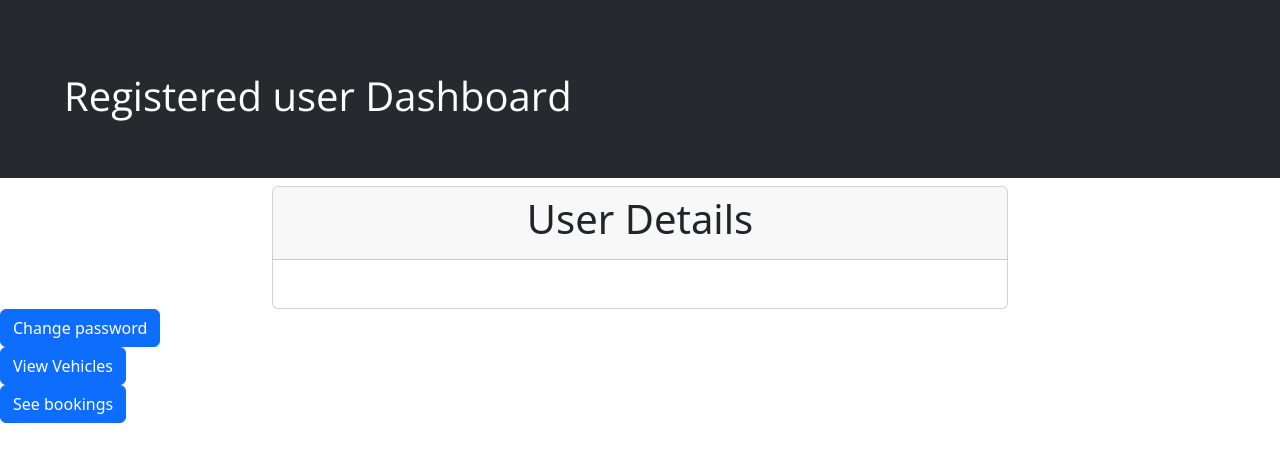
Repository: VimashaVishvani/VehicleRental
Page: http://localhost/Vehicle_rentalDb/registeredUser.jsp
An editor plug-in stored every save of this project. The page is shown before and after the next save, followed by the edit.
The browser window is 1280 px wide. The pictures show the whole page.
The page is served by Tomcat 9. Other server files are loaded and not shown.

Above is the page before, as saved 2024-05-12 09:28:54.

### Vehicle_rentalDb/src/main/webapp/registeredUser.jsp
<%@ page language="java" contentType="text/html; charset=ISO-8859-1" pageEncoding="ISO-8859-1"%>
<%@ taglib prefix="c" uri="http://java.sun.com/jsp/jstl/core"%>
<!DOCTYPE html>
<html>
<head>
<link href="https://fonts.googleapis.com/css2?family=Open+Sans&display=swap" rel="stylesheet">

<style>
	.dashboard{
	padding-top:10vh;
	padding-left:5%;
	padding-bottom:8vh;
    background-color:#262A2E; /* Pale background color */
    font-family: 'Open Sans', sans-serif; /* Use Open Sans font */
    color: #ffffff; /* White text color */


	}
	.btn-group {
    display: flex;
    justify-content: center;
    margin-top: 20px;
}

.btn-group .btn {
    margin: 0 5px;
}

</style>
    <meta charset="ISO-8859-1">
    <title>Car Owner</title>
    <link href="https://cdn.jsdelivr.net/npm/bootstrap@5.3.3/dist/css/bootstrap.min.css" rel="stylesheet" integrity="sha384-QWTKZyjpPEjISv5WaRU9OFeRpok6YctnYmDr5pNlyT2bRjXh0JMhjY6hW+ALEwIH" crossorigin="anonymous">
</head>
<body>

<c:if test="${param.result == 'booked'}">
    <script type="text/javascript">
        alert('You booked the car!');
    </script>
</c:if>
<c:if test="${param.result == 'Deleted'}">
    <script type="text/javascript">
        alert('record deleted!'');
    </script>
</c:if>

<h1 class="dashboard">Registered user Dashboard</h1>

<div class="container">
    <div class="row">
        <div class="col-md-8 offset-md-2">
            <div class="card">
                <div class="card-header">
                    <h1 class="text-center">User Details</h1>
                </div>
                <div class="card-body">
                    <table class="table">
                        <c:forEach var="user" items="${sessionScope.userDetails}">
                            <tr>
                                <td>Customer ID</td>
                                <td>${user.id}</td>
                            </tr>
                            <tr>
                                <td>Customer Name</td>
                                <td>${user.name}</td>
                            </tr>
                            <tr>
                                <td>Customer Email</td>
                                <td>${user.gmail}</td>
                            </tr>
                            <tr>
                                <td>Customer Phone</td>
                                <td>${user.phoneNumber}</td>
                            </tr>
                        </c:forEach>
                    </table>
                </div>
            </div>
        </div>
    </div>
</div>

<c:set var="userId" value="${sessionScope.userDetails[0].id}" />
<c:set var="pass" value="${sessionScope.userDetails[0].password}" />
<a href="userChangePw.jsp?id=${userId}&result=a&pw=${pass}" class="btn btn-primary">Change password</a>


<form action="vehicleServelet" method="get">
    <input type="hidden" value="${userId}" name="id">
    <input type="hidden" value="viewAvailableVehicle" name="task">
    <button type="submit"  class="btn btn-primary">View Vehicles</button>
</form>

<form action="bookingServlet" method="get">
    <input type="hidden" value="${userId}" name="id">
    <input type="hidden" value="ViewBookings" name="task">
    <button type="submit"  class="btn btn-primary">See bookings</button>
</form>

</body>
</html>

After the next save:
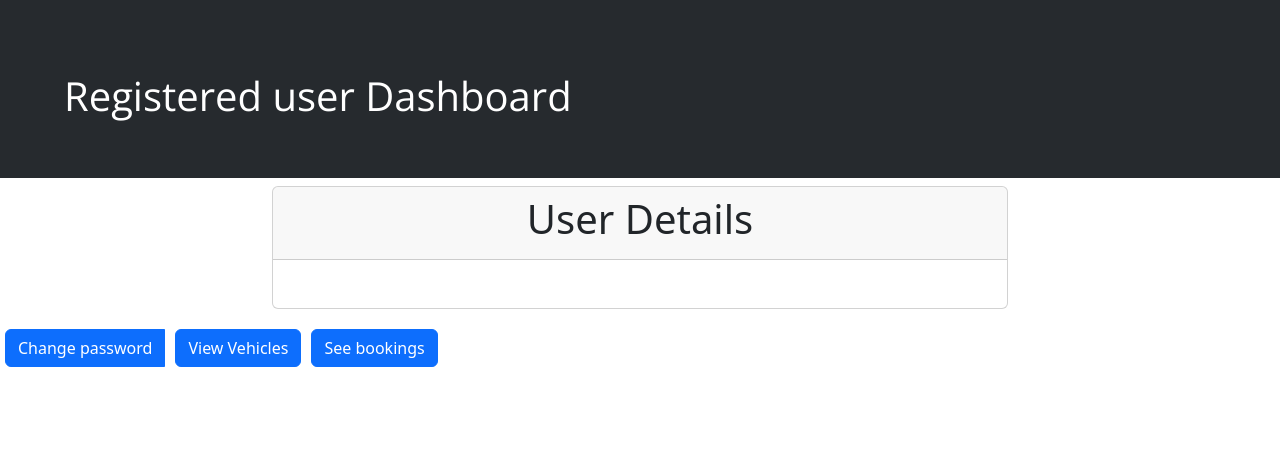
Saved 33 s later.
--- a/Vehicle_rentalDb/src/main/webapp/registeredUser.jsp
+++ b/Vehicle_rentalDb/src/main/webapp/registeredUser.jsp
@@ -79,7 +79,7 @@
         </div>
     </div>
 </div>
-
+<div class="btn-group">
 <c:set var="userId" value="${sessionScope.userDetails[0].id}" />
 <c:set var="pass" value="${sessionScope.userDetails[0].password}" />
 <a href="userChangePw.jsp?id=${userId}&result=a&pw=${pass}" class="btn btn-primary">Change password</a>
@@ -96,6 +96,6 @@
     <input type="hidden" value="ViewBookings" name="task">
     <button type="submit"  class="btn btn-primary">See bookings</button>
 </form>
-
+</div>
 </body>
 </html>
